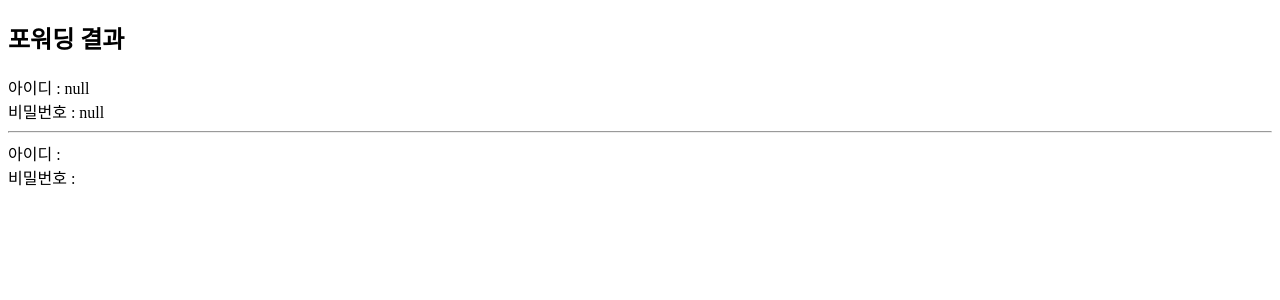
Repository: pq01pq/Education-IT_BANK
Page: http://localhost/0128/infoOutput.jsp
The author's editor kept a copy of each file at every save. The page is drawn from the files as they stood at one save, then again after the next save.
The browser window is 1280 px wide. The pictures show the whole page.
The page is served by Tomcat 9.

Above is the page before, as saved 2021-02-03 03:35:09.

After the next save:
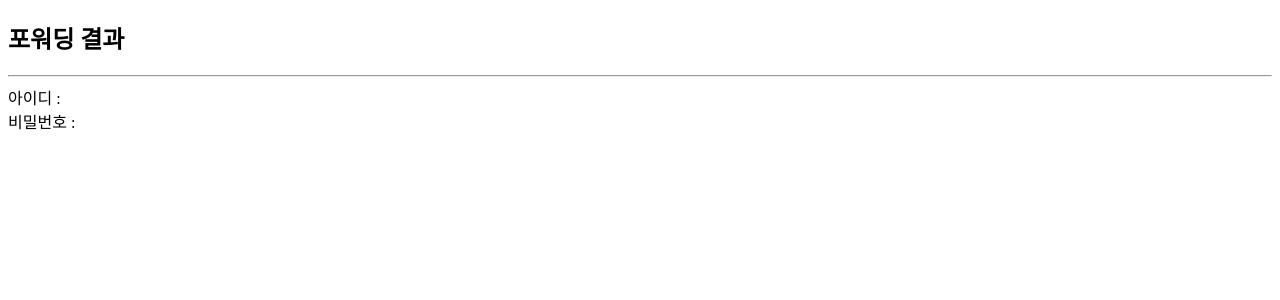
Saved 2 min 5 s later.
--- a/JSP/ProjectServlet/0128/WebContent/infoOutput.jsp
+++ b/JSP/ProjectServlet/0128/WebContent/infoOutput.jsp
@@ -1,10 +1,10 @@
 <%@ page language="java" contentType="text/html; charset=UTF-8"
     pageEncoding="UTF-8"%>
-<%
+<%-- <%
 	request.setCharacterEncoding("utf-8");
 	String uId = request.getParameter("id");
 	String uPassword = request.getParameter("password");
-%>
+%> --%>
 <!DOCTYPE html>
 <html>
 <head>
@@ -13,8 +13,8 @@
 </head>
 <body>
 	<h2>포워딩 결과</h2>
-	아이디 : <%= uId %><br>
-	비밀번호 : <%= uPassword %><br>
+<%-- 	아이디 : <%= uId %><br>
+	비밀번호 : <%= uPassword %><br> --%>
 	<hr>
 	아이디 : ${ param.id }<br>
 	비밀번호 : ${ param.password }<br>
